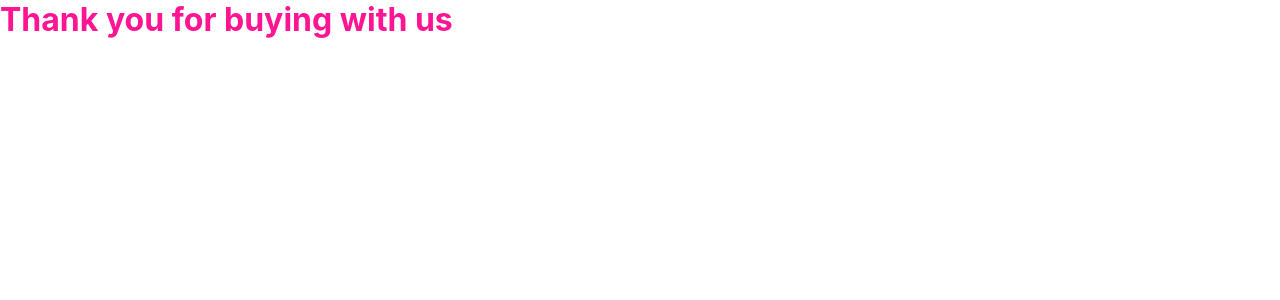
Repository: Yowani24/ecocarbon
Page: /successPage
An editor plug-in stored every save of this project. The page is shown before and after the next save, followed by the edit.
The browser window is 1280 px wide. The pictures show the whole page.
The project was rebuilt for these pictures with package versions that can differ from the ones it lists, and the page was loaded fresh each time. The framework's server and built-in components were replaced by stand-ins that run in the browser. Also part of the build but not shown: next.config.js.

Above is the page before, as saved 2021-09-29 20:20:33.

After the next save:
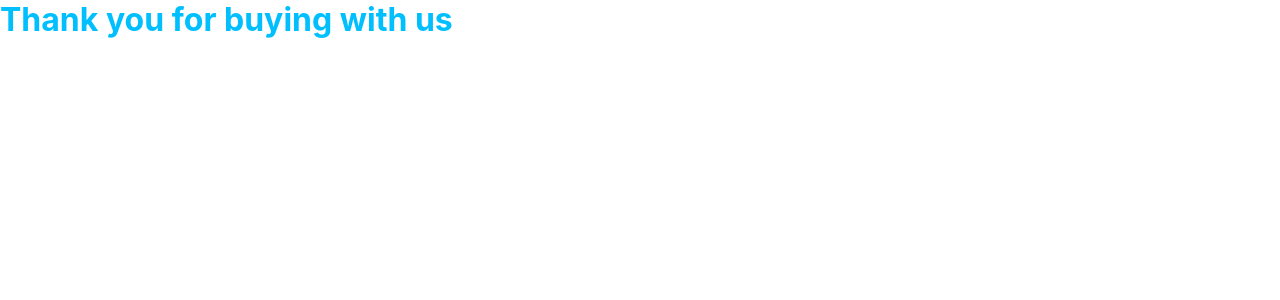
Saved 12 s later.
--- a/pages/successPage.js
+++ b/pages/successPage.js
@@ -10,5 +10,5 @@ export default function successPage(props) {
 }
 
 const Thankyou = styled.div`
-    color: deeppink;
+    color: deepskyblue;
 `
